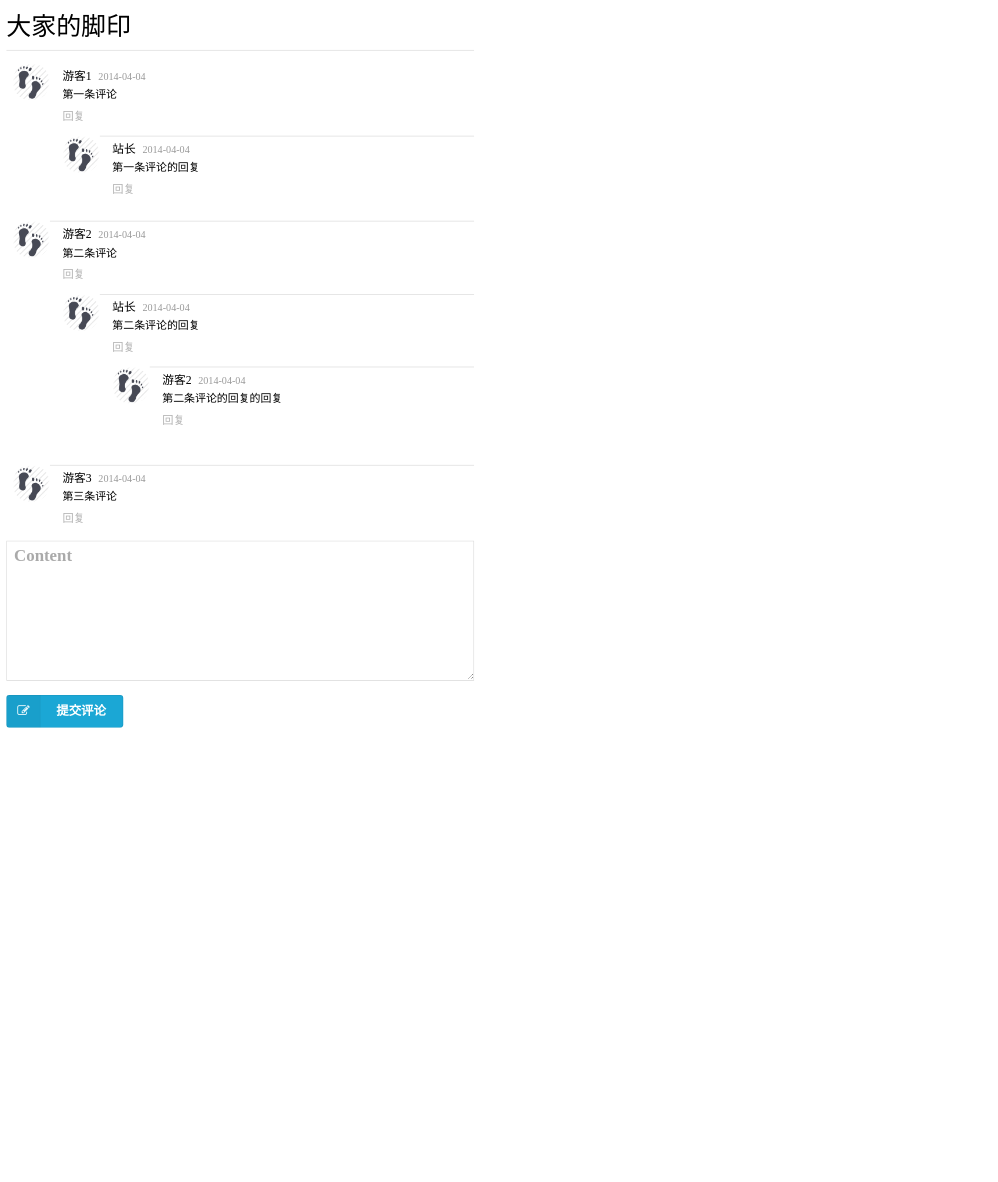
Repository: xubaifu/myworld
Page: myworld/WebContent/baifu/common/comment/index.html
The author's editor kept a copy of each file at every save. The page is drawn from the files as they stood at one save, then again after the next save.
The browser window is 1280 px wide. The pictures show the whole page, at 78% of full size.

Above is the page before, as saved 2016-08-27 16:25:07.

After the next save:
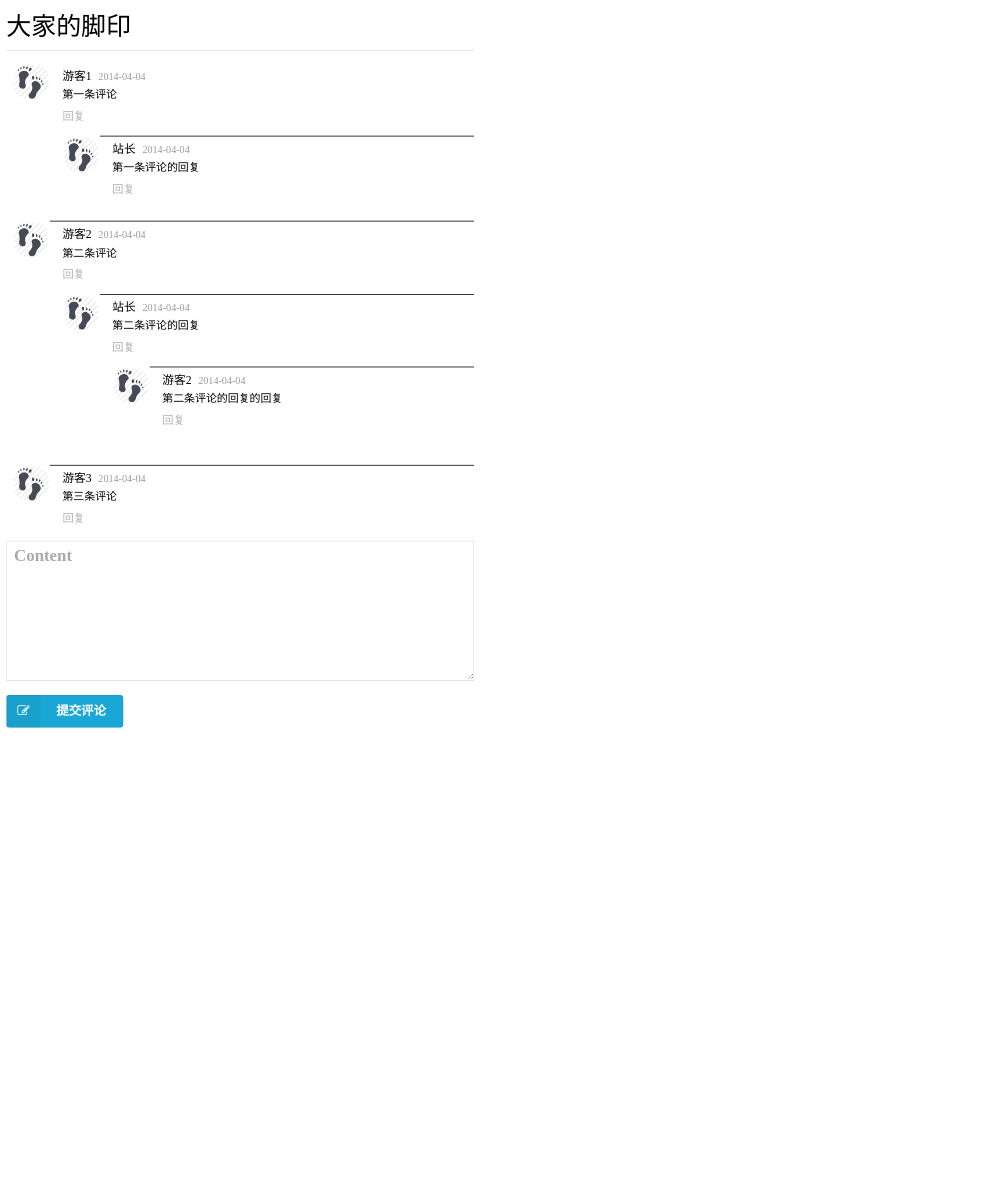
Saved 3 min 12 s later.
--- a/myworld/WebContent/baifu/common/comment/css/zyComment.css
+++ b/myworld/WebContent/baifu/common/comment/css/zyComment.css
@@ -162,5 +162,5 @@ textarea + label,.areadefault{
 }
 
 .topStyle{
-	border-top: 1px solid #dfdfdf;
+	border-top: 1px solid #000;
 }
